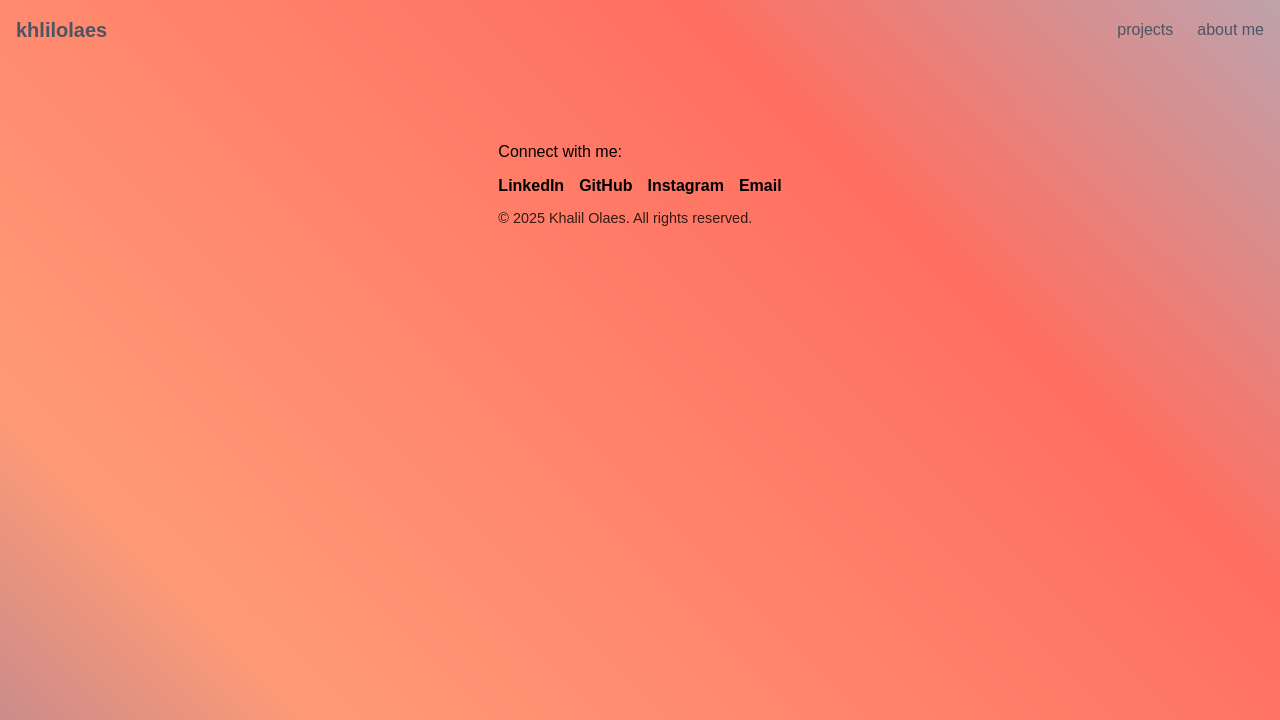
Repository: RonanKhalilOlaes/Olaes_finalProject
Page: aboutMe.html
An editor plug-in stored every save of this project. The page is shown before and after the next save, followed by the edit.
The browser window is 1280 px wide. The pictures show the whole page.
Some web libraries are served in a nearby version.

Above is the page before, as saved 2025-02-18 05:13:40.

### aboutMe.html
<!DOCTYPE html>
<html lang="en">
<head>
    <meta charset="UTF-8">
    <meta name="viewport" content="width=device-width, initial-scale=1.0">
    <script src="https://cdn.tailwindcss.com"></script>
    <link rel="stylesheet" href="styles.css">
    <title>Hello, I'm Khalil</title>

</head>
<body>
    <nav>
        <div class="text-xl font-bold"><a href="./index.html">khlilolaes</a></div>
        <ul>
            <li><a href="project.html">projects</a></li>
            <li><a href="aboutMe.html">about me</a></li>
        </ul>
    </nav>

    <p></p>

    <footer class="footer">
        <div class="footer-container">
            <p>Connect with me:</p>
            <div class="footer-links">
                <a href="#" target="_blank">LinkedIn</a>
                <a href="#" target="_blank">GitHub</a>
                <a href="#" target="_blank">Instagram</a>
                <a href="#" target="_blank">Email</a>
            </div>
            <p class="copyright">&copy; 2025 Khalil Olaes. All rights reserved.</p>
        </div>
    </footer>
</body>
</html>

### styles.css
/* styles.css */
body {
  /* display: flex; */
  flex-direction: column;
  min-height: 100vh;
  /* align-items: center;
  justify-content: center; */

  background: linear-gradient(
    45deg,
    #151a1f,
    #4a69bd,
    /* Early morning */ #ff9a76,
    #ff6f61,
    /* Sunrise */ #87ceeb,
    #fdfd96,
    /* Noon */ #ffa500,
    #ffd700,
    /* Afternoon */ #ff4500,
    #800080,
    /* Sunset */ #000428,
    #1b2735 /* Evening/Night */
  );
  background-size: 600% 600%;
  animation: GradientBackground 120s ease infinite;
  animation: GradientBackground 500s ease infinite,
    GradientAngle 560s linear infinite;
  position: relative;

  font-family: "Bahnschrift", sans-serif;
}

/* gradient bg animation */
@keyframes GradientBackground {
  0% {
    background-position: 0% 50%;
  }
  50% {
    background-position: 100% 50%;
  }
  100% {
    background-position: 0% 50%;
  }
}

@keyframes twinkle {
  0%,
  100% {
    opacity: 0.2;
  }
  50% {
    opacity: 1;
  }
}

.star {
  position: absolute;
  width: 2px;
  height: 2px;
  background: rgb(255, 255, 255);
  opacity: 0.6;
  animation: twinkle 3s infinite ease-in-out;
}

nav {
  padding: 1rem;
  display: flex;
  justify-content: space-between;
  align-items: center;
}

nav ul {
  display: flex;
  gap: 1.5rem;
}

nav a {
  color: #4b5563;
  text-decoration: none;
  transition: color 0.3s;
}

nav a:hover {
  color: #5d5d5d;
}

.container {
  display: flex;
  align-items: center;
  justify-content: center;
  min-height: 100vh;
  flex-direction: center;
  justify-content: left;
  margin: 1em;
  /* flex items-center justify-left */
}

.image {
  width: 50%;
  height: auto;
  border-radius: 100%; /* Makes the image circular */
  object-fit: cover; /* Ensures the image covers the area without distortion */
  display: flex;
  max-width: fit-content;
  margin-left: auto;
  margin-right: auto;

  gap: 1em;
}

.card {
  background-color: white;
  padding: 2rem;
  box-shadow: 0px 4px 6px rgba(0, 0, 0, 0.1);
  text-align: center;
  max-width: 32rem;
  border-radius: 1rem;
}

.card h1 {
  font-size: 100px;
  font-weight: bold;
  color: #111827;
}

.card p {
  color: #6b7280;
  margin-top: 1rem;
}

.card button {
  margin-top: 1.5rem;
  padding: 0.75rem 1.5rem;
  background-color: #2563eb;
  color: white;
  border-radius: 0.75rem;
  box-shadow: 0px 4px 6px rgba(0, 0, 0, 0.1);
  transition: background-color 0.3s;
}

.card button:hover {
  background-color: #1e40af;
}

/* portfolio css */

.portfolio {
  display: grid;
  grid-template-columns: repeat(
    auto-fill,
    minmax(300px, 1fr)
  ); /* Auto adjusts to the screen */
  gap: 20px;
  padding: 20px;
  max-width: fit-content;
  margin-left: auto;
  margin-right: auto;
  transition: transform 0.3s ease-in-out; /* Smooth scaling effect */
}

.portfolio-item {
  border-radius: 10px;
  background-color: #fff;
  box-shadow: 0 4px 8px rgba(0, 0, 0, 0.1);
}

.portfolio-item img {
  width: 100%;
  height: 100%; /* Adjust height as needed */
  object-fit: cover; /* Ensures images fit within the box */
  transition: transform 0.4s ease-in-out; /* Smooth transition */
}

/* .portfolio-item:hover {
    transform: scale(1);
  }
   */
@media (max-width: 768px) {
  .portfolio {
    grid-template-columns: 1fr 1fr; /* Two columns on medium screens */
  }
}

@media (max-width: 480px) {
  .portfolio {
    grid-template-columns: 1fr; /* One column on small screens */
  }
}

/* footer */

.footer {
  display: flex;
  justify-content: left;
  padding: 5em;
  padding-bottom: 10px;
  font-size: 1rem;
  margin-left: auto;
  margin-right: auto;
}

.footer-container {
  max-width: 800px;
  margin: 0 auto;
}

.footer-links {
  margin: 10px 0;
  display: flex;
  justify-content: center;
  gap: 15px;
}

.footer-links a {
  text-decoration: none;
  color: inherit; /* Uses default text color */
  font-weight: bold;
  transition: color 0.3s ease-in-out;
}

.footer-links a:hover {
  color: gray; /* Changes color on hover */
}

.copyright {
  font-size: 0.9rem;
  margin-top: 10px;
  opacity: 0.8;
}

After the next save:
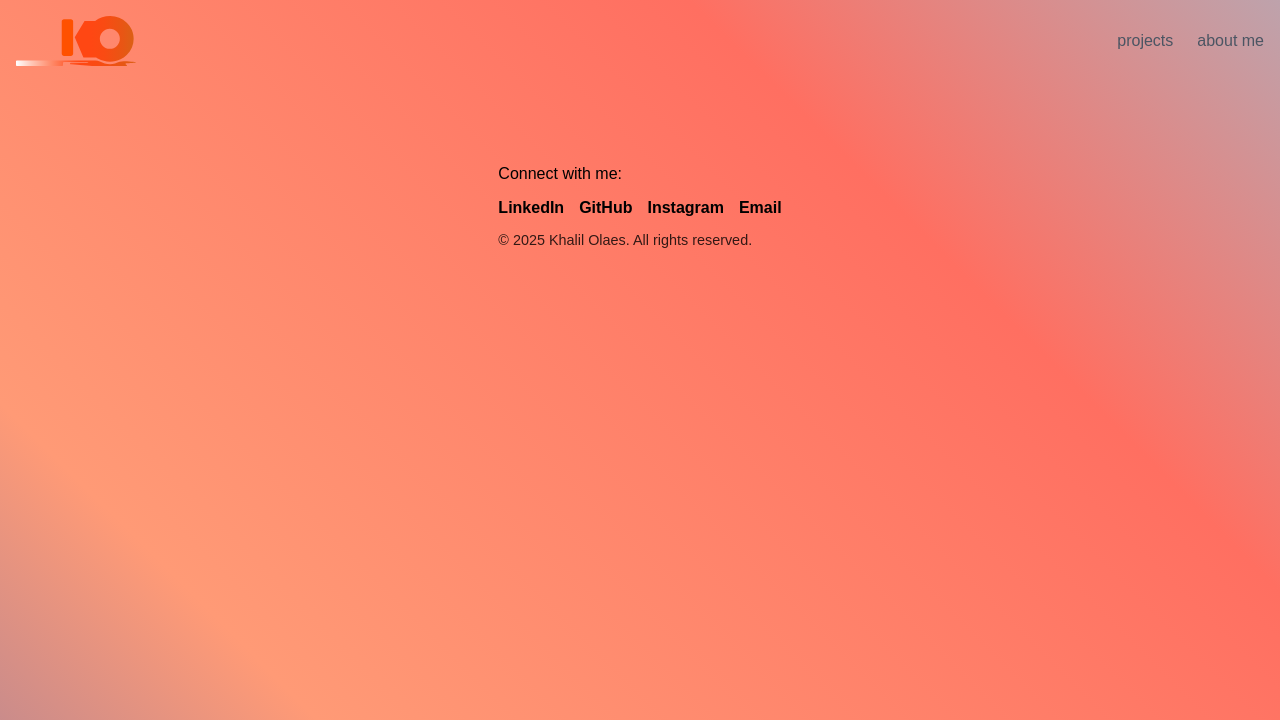
Saved 13 s later.
--- a/aboutMe.html
+++ b/aboutMe.html
@@ -10,9 +10,13 @@
 </head>
 <body>
     <nav>
-        <div class="text-xl font-bold"><a href="./index.html">khlilolaes</a></div>
+        <div class="text-xl font-bold">
+            <a href="./index.html">
+                <img src="./img/svg/brand.svg" alt="Clickable Image" width="120">
+            </a>
+        </div>
         <ul>
-            <li><a href="project.html">projects</a></li>
+            <li><a href="./project.html">projects</a></li>
             <li><a href="aboutMe.html">about me</a></li>
         </ul>
     </nav>
